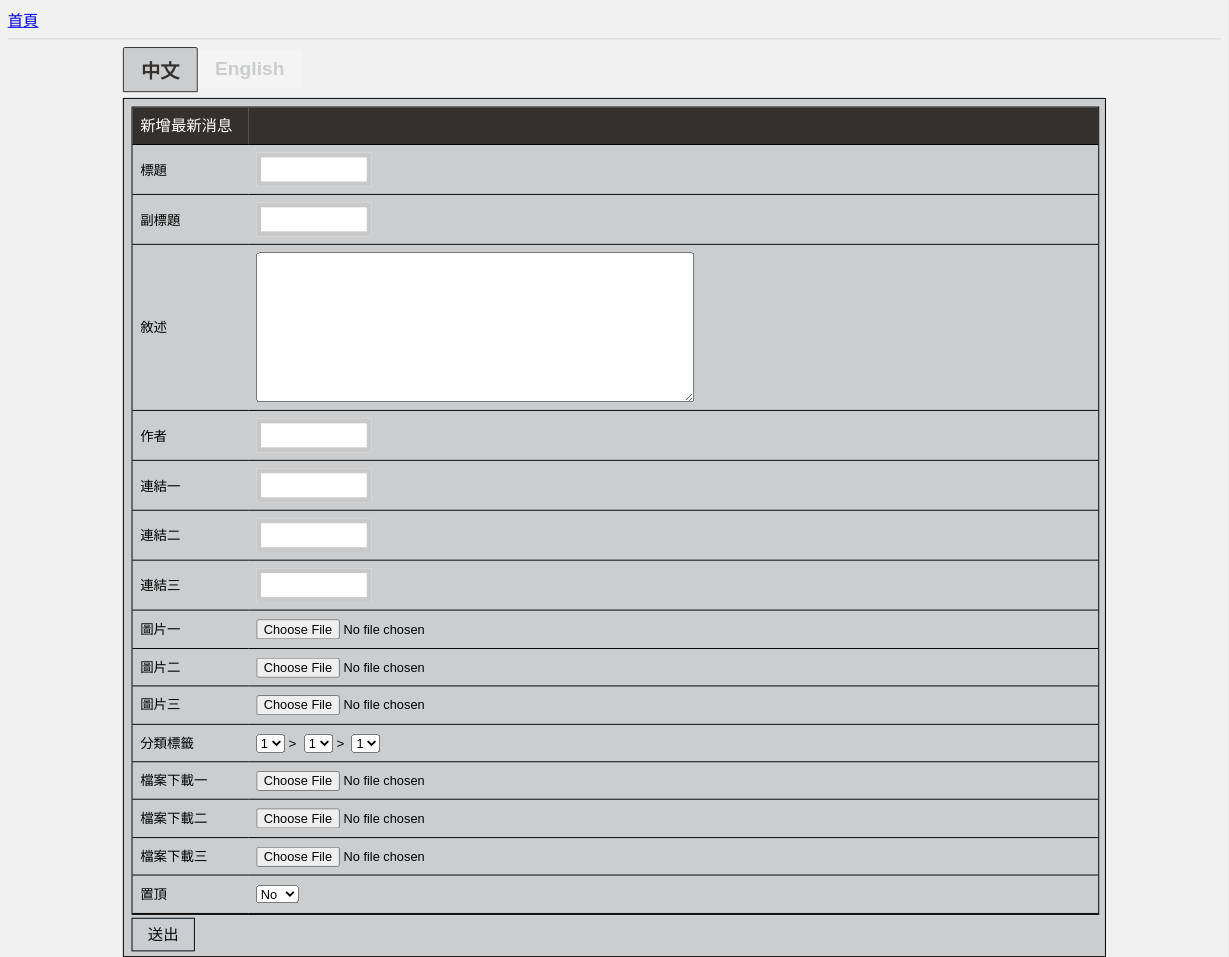
Repository: Naokiyuy/DigitalHum
Page: http://localhost/digital/backend/hotnews/hotnews-add.jsp
An editor plug-in stored every save of this project. The page is shown before and after the next save, followed by the edit.
The browser window is 1280 px wide. The pictures show the whole page, at 96% of full size.
Some web libraries are served in a nearby version. The page is served by Tomcat 9.

Above is the page before, as saved 2015-03-11 19:50:29.

After the next save:
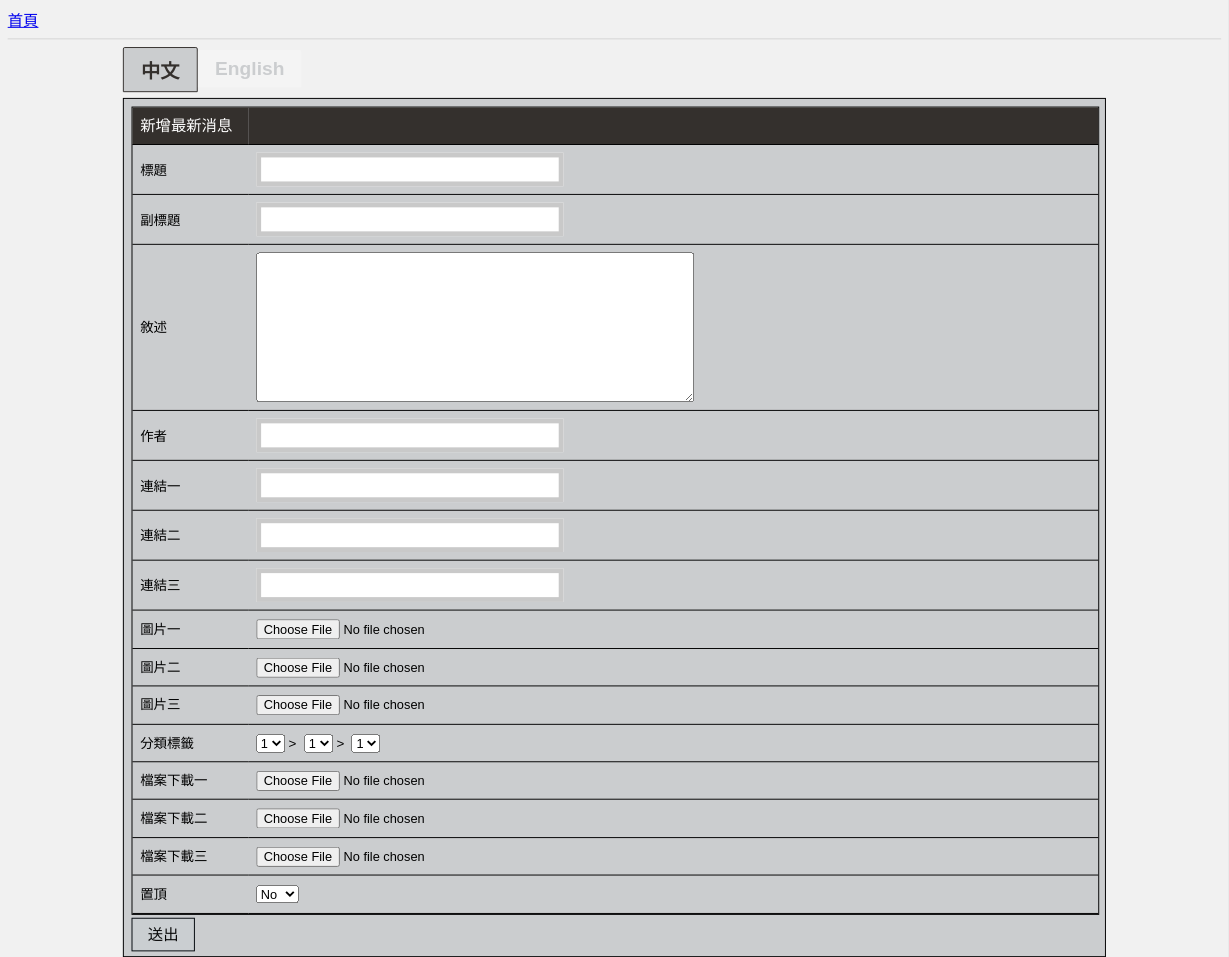
Saved 9 s later.
--- a/digital/src/main/webapp/backend/css/hotnews/add.css
+++ b/digital/src/main/webapp/backend/css/hotnews/add.css
@@ -149,7 +149,7 @@ input[type="text"] {
   padding: 5px;
   border: solid 5px #c9c9c9;
   transition: border 0.3s;
-  width:100px;
+  width:300px;
 }
 input[type="text"]:focus{
   border: solid 5px #969696;
